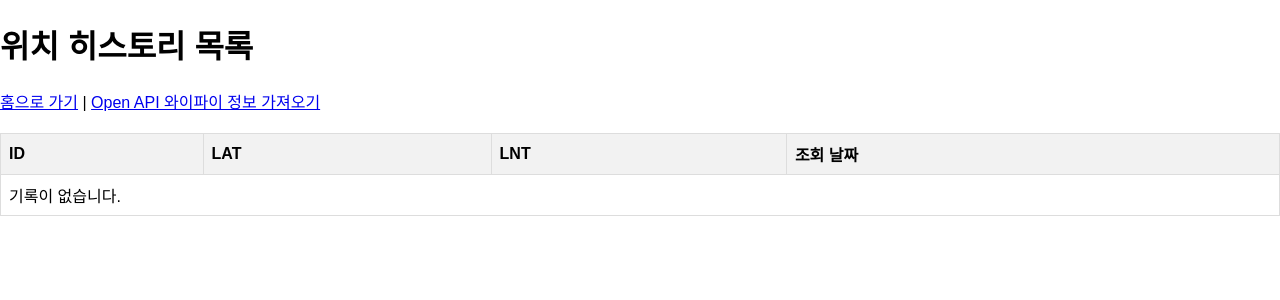
Repository: sangpyolee0/zerobase_task
Page: http://localhost/WifiProject/history.jsp
The author's editor kept a copy of each file at every save. The page is drawn from the files as they stood at one save, then again after the next save.
The browser window is 1280 px wide. The pictures show the whole page.
The page is served by Tomcat 9. Other server files are loaded and not shown. Queries for data that is not in the repository find no rows.

Above is the page before, as saved 2024-12-08 15:33:19.

### WifiProject/src/main/webapp/history.jsp
<%@ page language="java" contentType="text/html; charset=UTF-8" pageEncoding="UTF-8"%>
<%@ page import="java.util.List" %>
<%@ page import="com.example.wifi.DatabaseService" %>
<!DOCTYPE html>
<html>
<head>
    <title>위치 히스토리 목록</title>
    <link rel="stylesheet" type="text/css" href="css/style.css">
</head>
<body>
    <h1>위치 히스토리 목록</h1>
    <nav>
        <a href="index.jsp">홈으로 가기</a> |
        <a href="add-wifi.jsp">Open API 와이파이 정보 가져오기</a>
    </nav>

    <table>
        <thead>
            <tr>
                <th>ID</th>
                <th>LAT</th>
                <th>LNT</th>
                <th>조회 날짜</th>
            </tr>
        </thead>
        <tbody>
            <%
                DatabaseService dbService = new DatabaseService();
                List<String[]> historyList = dbService.getHistoryList(); // DB에서 히스토리 가져오기

                if (historyList != null && !historyList.isEmpty()) {
                    for (String[] history : historyList) {
                        out.println("<tr>");
                        out.println("<td>" + history[0] + "</td>"); // ID
                        out.println("<td>" + history[1] + "</td>"); // LAT
                        out.println("<td>" + history[2] + "</td>"); // LNT
                        out.println("<td>" + history[3] + "</td>"); // 조회 날짜
                        out.println("</tr>");
                    }
                } else {
                    out.println("<tr><td colspan='4'>기록이 없습니다.</td></tr>");
                }
            %>
        </tbody>
    </table>
</body>
</html>

### WifiProject/src/main/java/com/example/wifi/DatabaseService.java
package com.example.wifi;

import java.sql.*;
import java.util.ArrayList;
import java.util.List;

public class DatabaseService {
    public List<String[]> getHistoryList() {
        List<String[]> historyList = new ArrayList<>();
        String url = "jdbc:mariadb://localhost:3306/your_database_name";
        String user = "your_username";
        String password = "your_password";

        String query = "SELECT id, lat, lnt, date FROM location_history ORDER BY date DESC";

        try (Connection conn = DriverManager.getConnection(url, user, password);
             PreparedStatement pstmt = conn.prepareStatement(query);
             ResultSet rs = pstmt.executeQuery()) {

            while (rs.next()) {
                String[] history = new String[4];
                history[0] = rs.getString("id");      // ID
                history[1] = rs.getString("lat");     // LAT
                history[2] = rs.getString("lnt");     // LNT
                history[3] = rs.getString("date");    // 조회 날짜
                historyList.add(history);
            }
        } catch (SQLException e) {
            e.printStackTrace();
        }

        return historyList;
    }
}

### WifiProject/src/main/webapp/css/style.css
body {
    font-family: Arial, sans-serif;
    margin: 0;
    padding: 0;
}

header {
    background-color: #333;
    color: white;
    padding: 10px;
    text-align: center;
}

main {
    margin: 20px;
}

button {
    background-color: #007BFF;
    border: none;
    color: white;
    padding: 10px 15px;
    text-align: center;
    font-size: 16px;
    margin: 5px;
    cursor: pointer;
    border-radius: 5px;
}

button:hover {
    background-color: #0056b3;
}

table {
    width: 100%;
    border-collapse: collapse;
    margin-top: 20px;
}

table th, table td {
    border: 1px solid #ddd;
    padding: 8px;
    text-align: left;
}

table th {
    background-color: #f2f2f2;
}

After the next save:
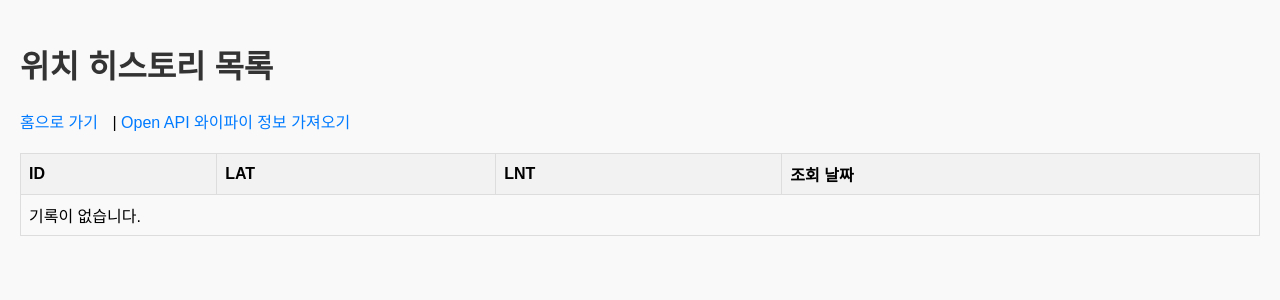
Saved 4 min 25 s later.
--- a/WifiProject/src/main/webapp/css/style.css
+++ b/WifiProject/src/main/webapp/css/style.css
@@ -1,28 +1,39 @@
+/* style.css */
 body {
     font-family: Arial, sans-serif;
     margin: 0;
-    padding: 0;
+    padding: 20px;
+    background-color: #f9f9f9;
 }
 
-header {
-    background-color: #333;
-    color: white;
-    padding: 10px;
-    text-align: center;
+h1, h3 {
+    color: #333;
 }
 
-main {
-    margin: 20px;
+nav {
+    margin-bottom: 20px;
+}
+
+nav a {
+    text-decoration: none;
+    color: #007BFF;
+    margin-right: 10px;
+}
+
+nav a:hover {
+    text-decoration: underline;
+}
+
+form label {
+    display: block;
+    margin-bottom: 10px;
 }
 
 button {
     background-color: #007BFF;
+    color: white;
     border: none;
-    color: white;
     padding: 10px 15px;
-    text-align: center;
-    font-size: 16px;
-    margin: 5px;
     cursor: pointer;
     border-radius: 5px;
 }
